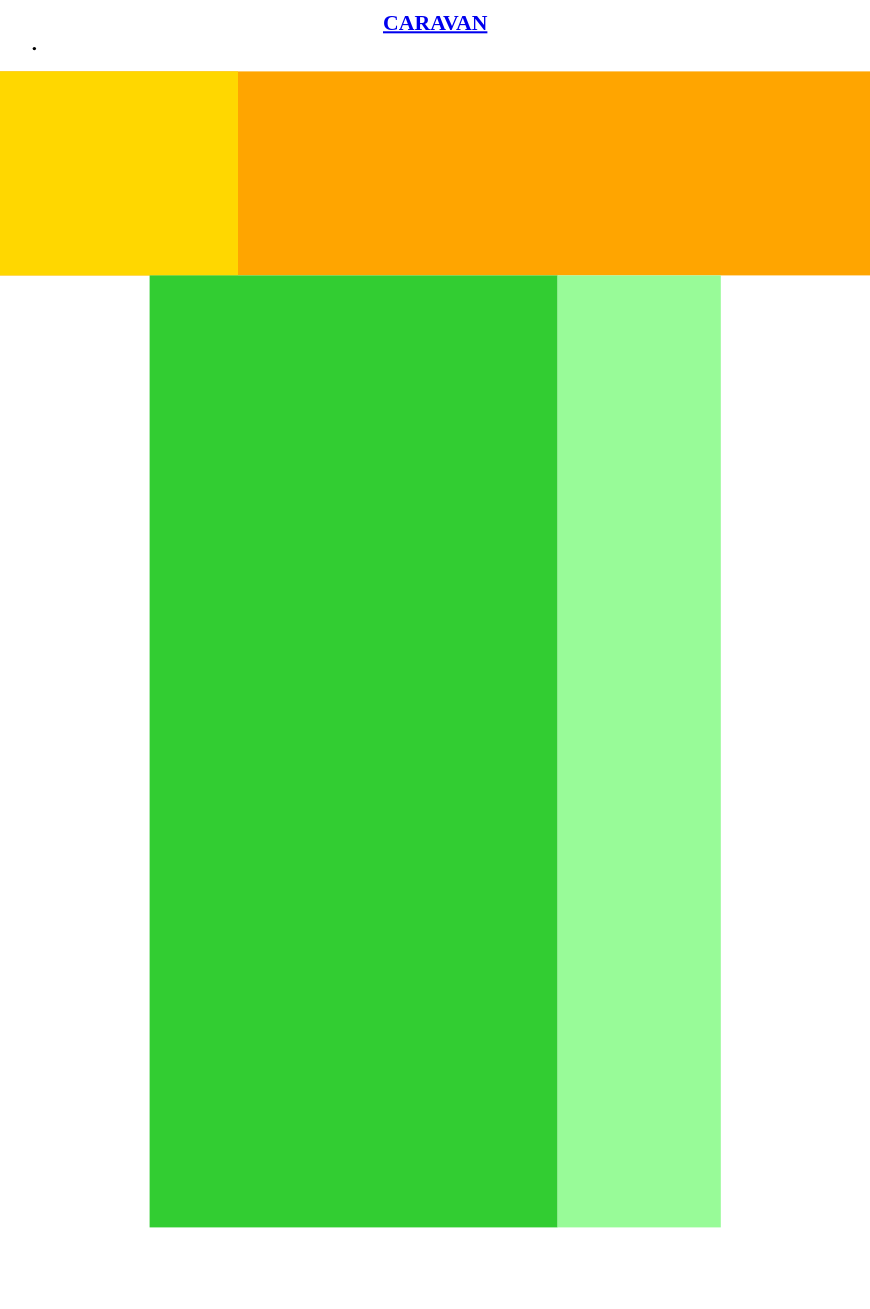
Repository: ego-boosting/assightment_1
Page: caravan/index.html
The author's editor kept a record of every edit. The page is drawn from the files as they stood at one moment, then again after the next edit.
The browser window is 1280 px wide. The pictures show the whole page, at 68% of full size.

Above is the page before.

### caravan/index.html
<!DOCTYPE html>
<html lang="ja">
  <head>
    <meta charset="UTF-8" />
    <!-- CSSファイルの読み込み -->
    <link rel="stylesheet" href="style.css" />
    <title>CARAVAN</title>
  </head>

  <body>
    <header>
      <h1 class="heading">
        <a href="index.html">
          CARAVAN
        </a>
      </h1>

      <nav>
        <ul class="nav-list">
          <li class="nav-list-item">
            <a href="index.html">

            </a>
          </li>
        </ul>
      </nav>

    </header>


    <div class="main-visual">
      <div class="main-visual-content"></div>
    </div>

    <div class="main">
      <div class="blog"></div>
      <div class="sidebar"></div>
    </div>
    <footer></footer>


  </body>
</html>

### caravan/style.css
*{
  margin: 0;
  padding: 0;
  box-sizing:border-box;
}

header{
  width: 90%;
  padding: 15px 0;
  margin: 0 auto;
  text-align: center;
}

.heading{
  font-size: 32px;
}

.nav-list{
  text-align: center;
  padding: 10px 0;
  margin: 0 auto;
}

.nav-list-item{

}
.main-visual{
  width: 100%;
  height: 300px;
  background-color: orange;
}

.main-visual-content{
  width: 350px;
  height: 300px;
  background-color: gold;
}

.main{
  width: 840px;
  height: 1400px;
  /*background-color: green;*/
  display: flex;
  justify-content: center;
  margin: 0 auto;
}

.blog{
  width: 600px;
  height: 1400px;
  background-color: limegreen;
}

.sidebar{
  width: 240px;
  height: 1400px;
  background-color: palegreen;
}

footer{
  width: 100%;
  height: 120px
}

After the next edit:
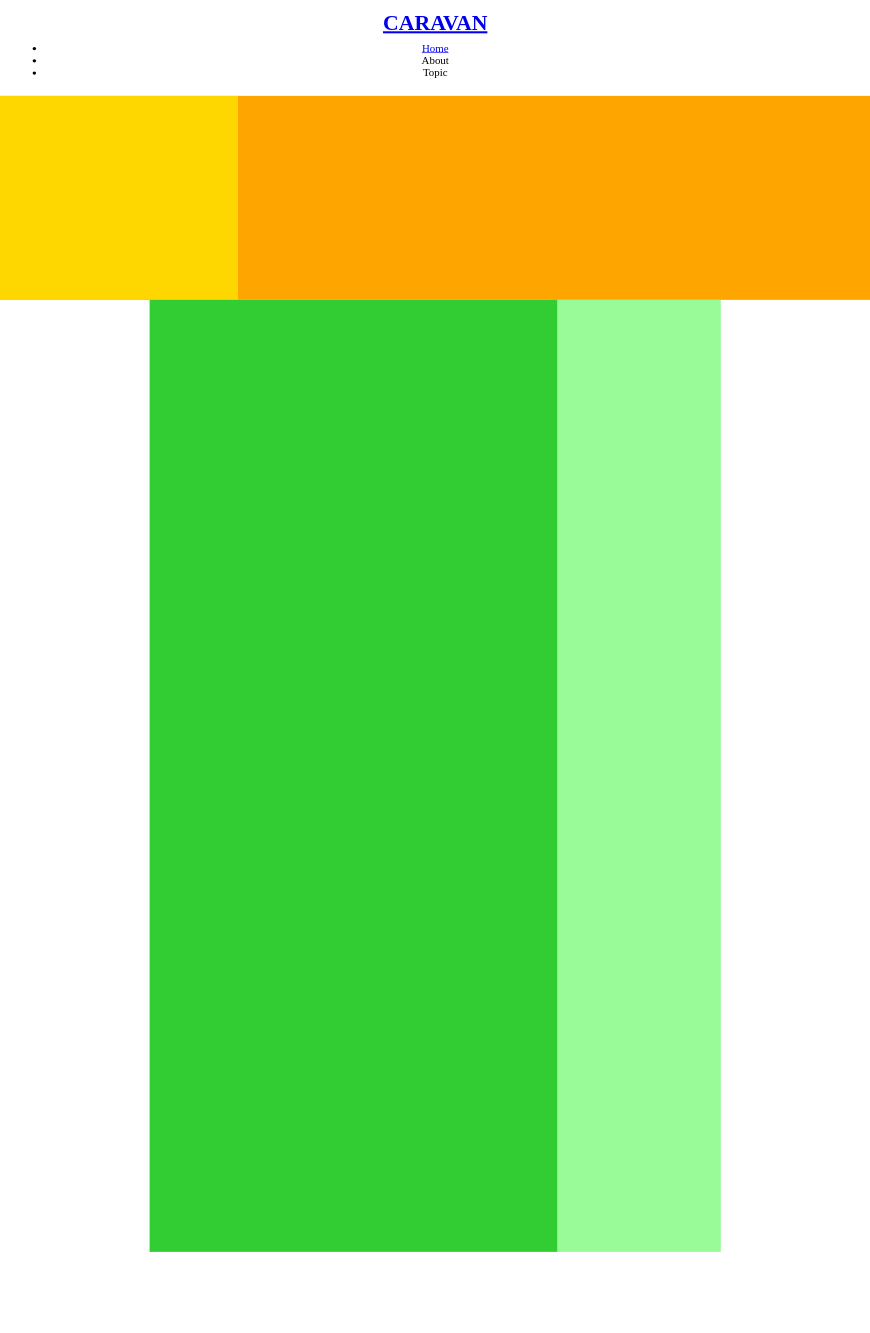
The edit:
--- a/caravan/index.html
+++ b/caravan/index.html
@@ -18,10 +18,10 @@
       <nav>
         <ul class="nav-list">
           <li class="nav-list-item">
-            <a href="index.html">
-
-            </a>
+            <a href="index.html">Home</a>
           </li>
+          <li class="nav-list-item">About</li>
+          <li class="nav-list-item">Topic</li>
         </ul>
       </nav>
 
